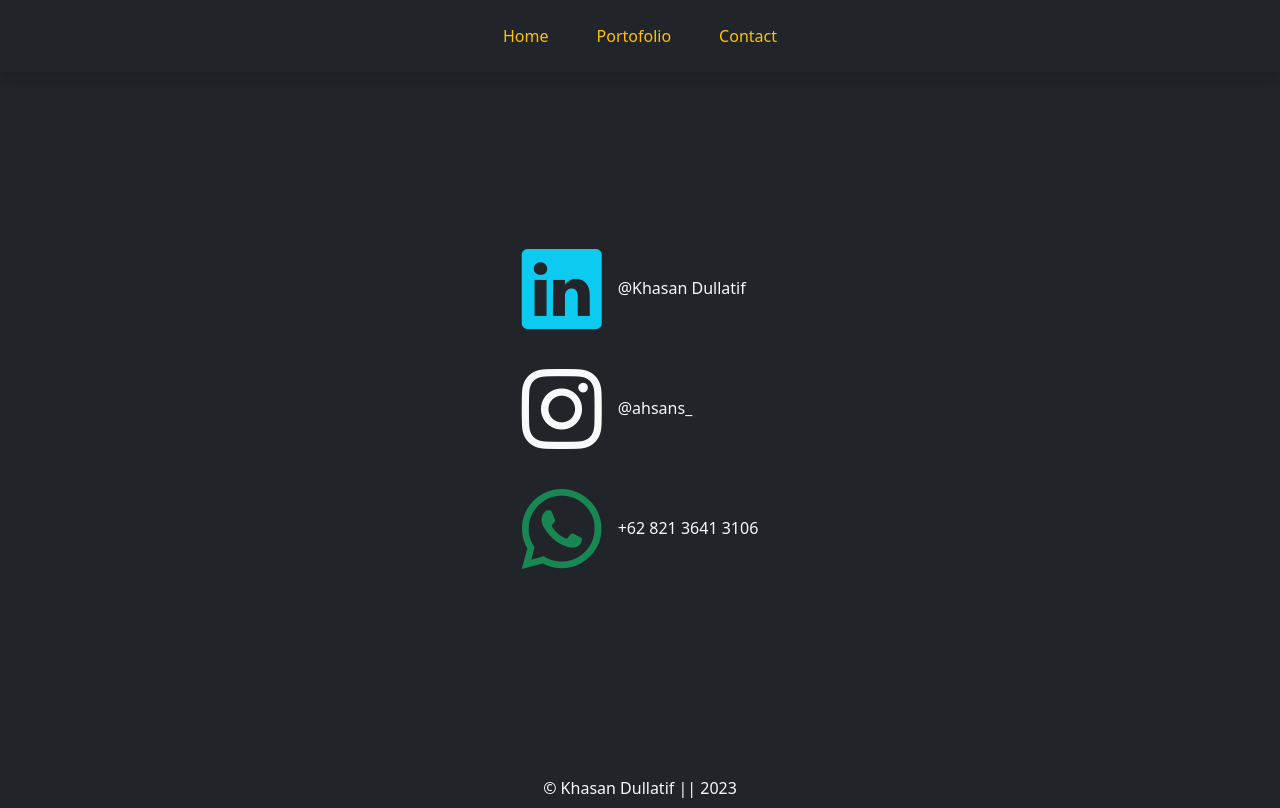
Repository: AHSANS354/Tugas-MSIB-5-GitHub
Page: tugas/tugas bootsrap/contact.html
These files come from the project's save history. The page is drawn as it stood at one moment and after the next save; the edit follows.
The browser window is 1280 px wide. The pictures show the whole page.

Above is the page before, as saved 2023-09-20 00:23:11.

After the next save:
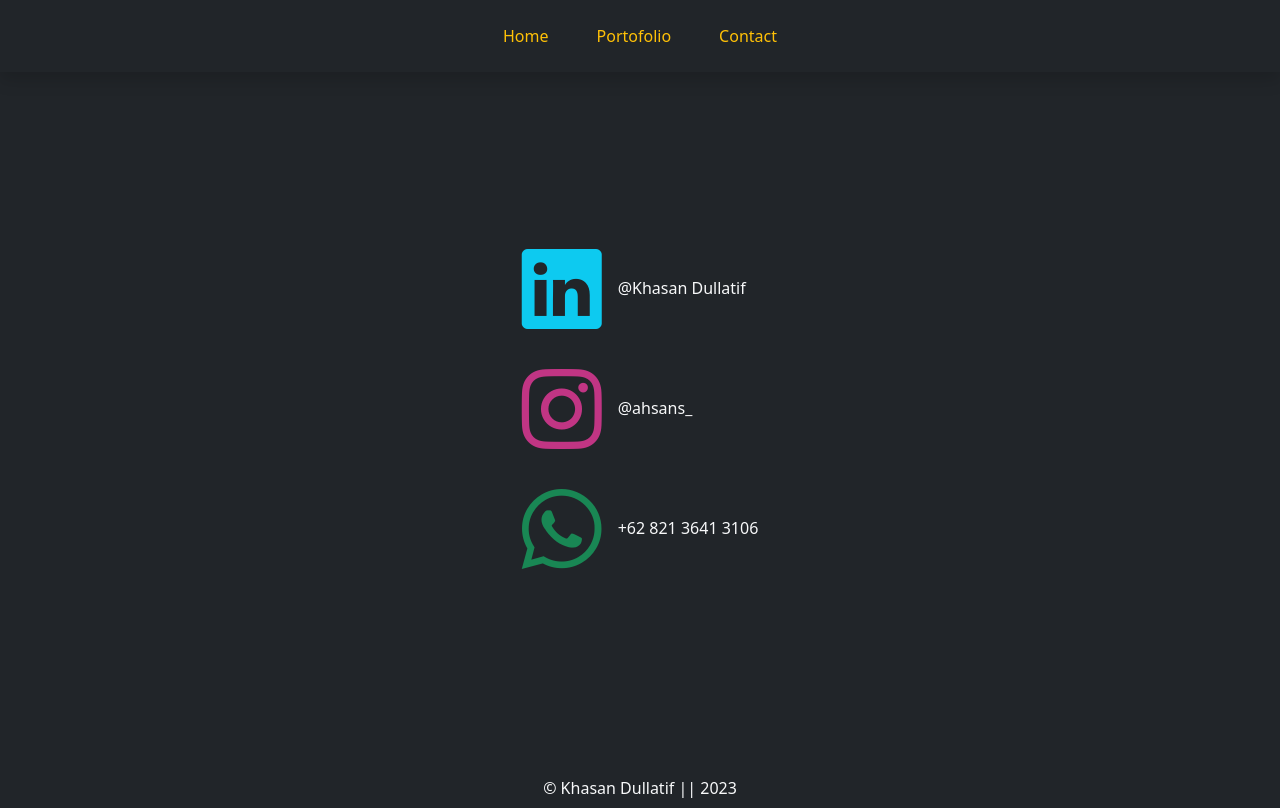
Saved 86 s later.
--- a/tugas/tugas bootsrap/contact.html
+++ b/tugas/tugas bootsrap/contact.html
@@ -38,7 +38,7 @@
           <div class="col d-flex flex-column">
             <a href="" class="d-flex align-items-center gap-3 text-light text-decoration-none"><i class="bi bi-linkedin text-info"></i>@Khasan Dullatif</a>
 
-            <a href="" class="d-flex align-items-center gap-3 text-light text-decoration-none"><i class="bi bi-instagram" style="color: ##f09433"></i>@ahsans_</a>
+            <a href="" class="d-flex align-items-center gap-3 text-light text-decoration-none"><i class="bi bi-instagram" style="color: #c13584"></i>@ahsans_</a>
 
             <a href="" class="d-flex align-items-center gap-3 text-light text-decoration-none"><i class="bi bi-whatsapp text-success"></i>+62 821 3641 3106</a>
           </div>
